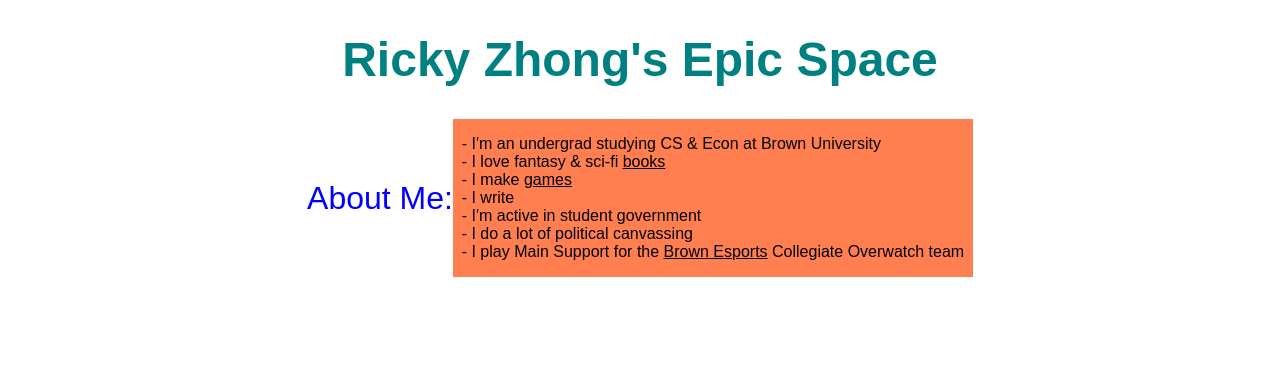
Repository: rickydaricky/rickydaricky.github.io
Page: index.html
These files come from the project's save history. The page is drawn as it stood at one moment and after the next save; the edit follows.
The browser window is 1280 px wide. The pictures show the whole page.

Above is the page before, as saved 2023-03-31 11:13:59.

After the next save:
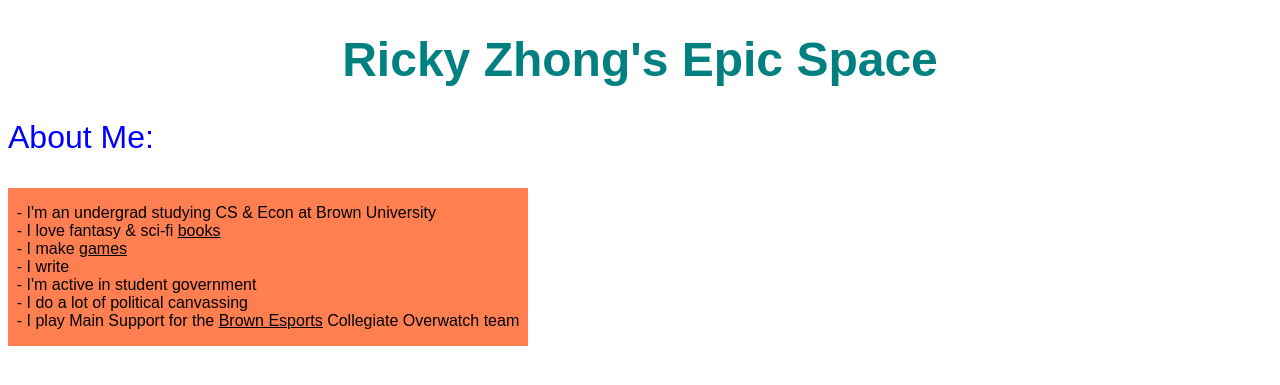
Saved 27 s later.
--- a/main.css
+++ b/main.css
@@ -21,9 +21,9 @@
 }
 
 .about-container {
-  display: flex;
+  /* display: flex;
   justify-content: center;
-  align-items: center;
+  align-items: center; */
 }
 
 .square {

After the 4 saves that followed:
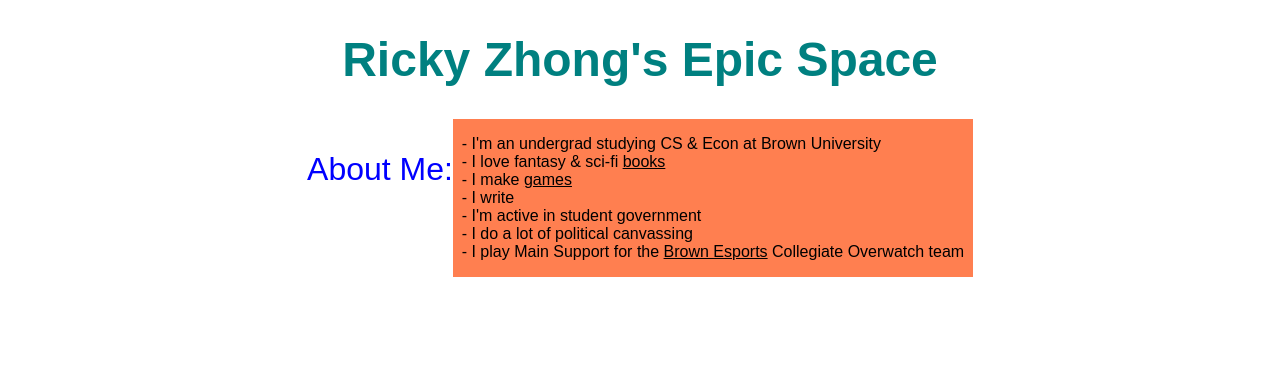
The 4 saves are shown as one change because they came seconds apart.
The last was saved 13 s later.
--- a/main.css
+++ b/main.css
@@ -21,9 +21,9 @@
 }
 
 .about-container {
-  /* display: flex;
+  display: flex;
   justify-content: center;
-  align-items: center; */
+  /* align-items: center; */
 }
 
 .square {
